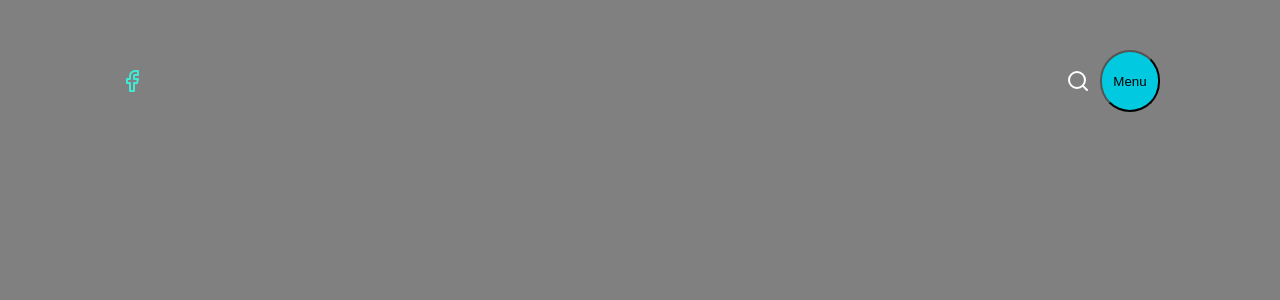
Repository: Silva-jr/night-trip
Page: index.html
These files come from the project's save history. The page is drawn as it stood at one moment and after the next save; the edit follows.
The browser window is 1280 px wide. The pictures show the whole page.

Above is the page before, as saved 2021-07-20 23:00:43.

After the next save:
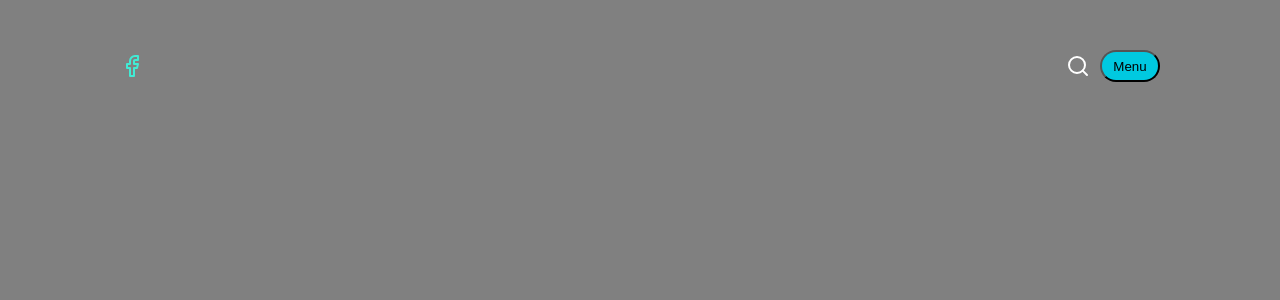
Saved 9 s later.
--- a/style/style.css
+++ b/style/style.css
@@ -68,6 +68,6 @@ a {
 .menu button{
     background-color: #00C9E0;
     width: 6rem;
-    height: 6.2rem;
+    height: 3.2rem;
     border-radius: 4rem;
 }
